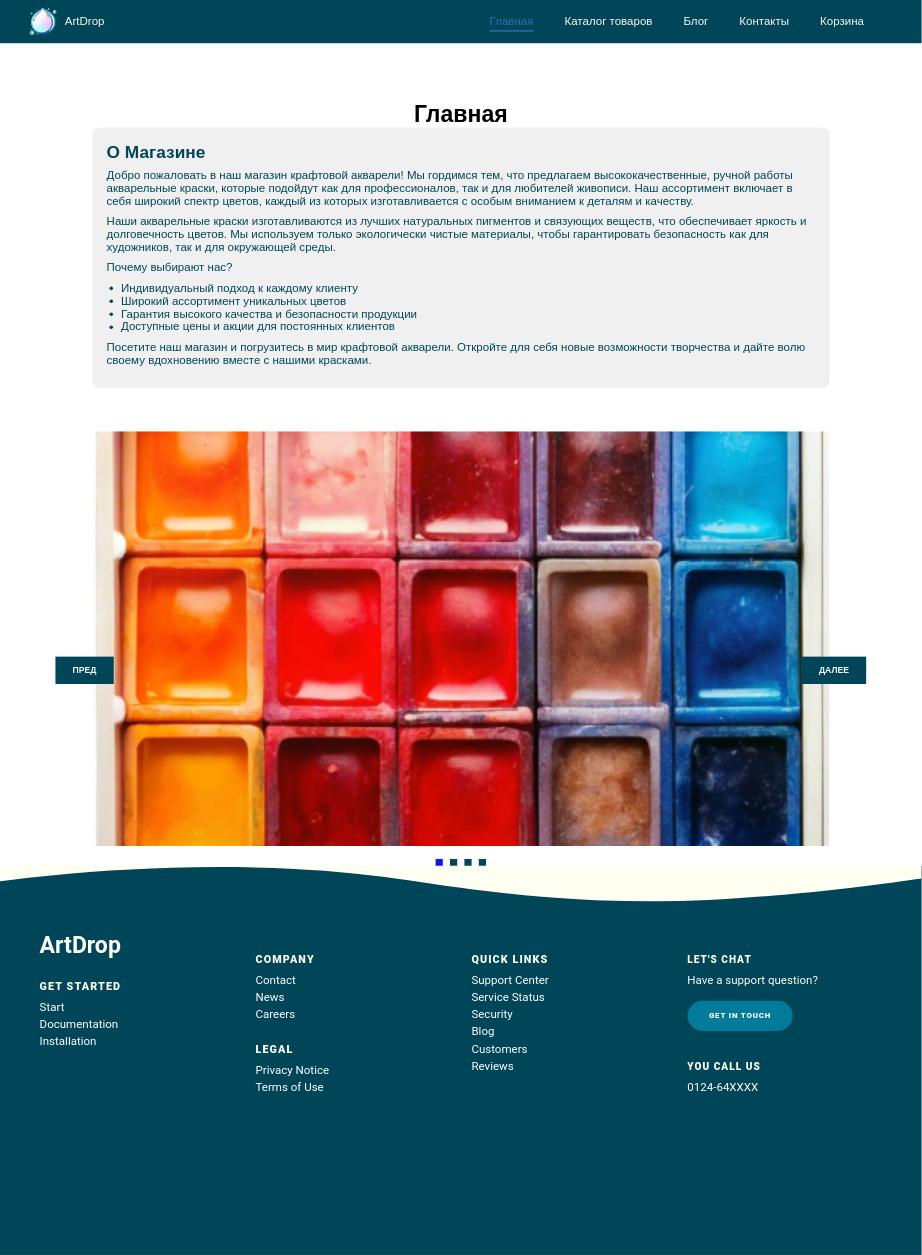
Repository: mnats725/art-drop
Page: index.html
These files come from the project's save history. The page is drawn as it stood at one moment and after a run of saves; the edit follows.
The browser window is 1280 px wide. The pictures show the whole page, at 72% of full size.

Above is the page before, as saved 2024-05-21 00:15:42.

After the next 2 saves:
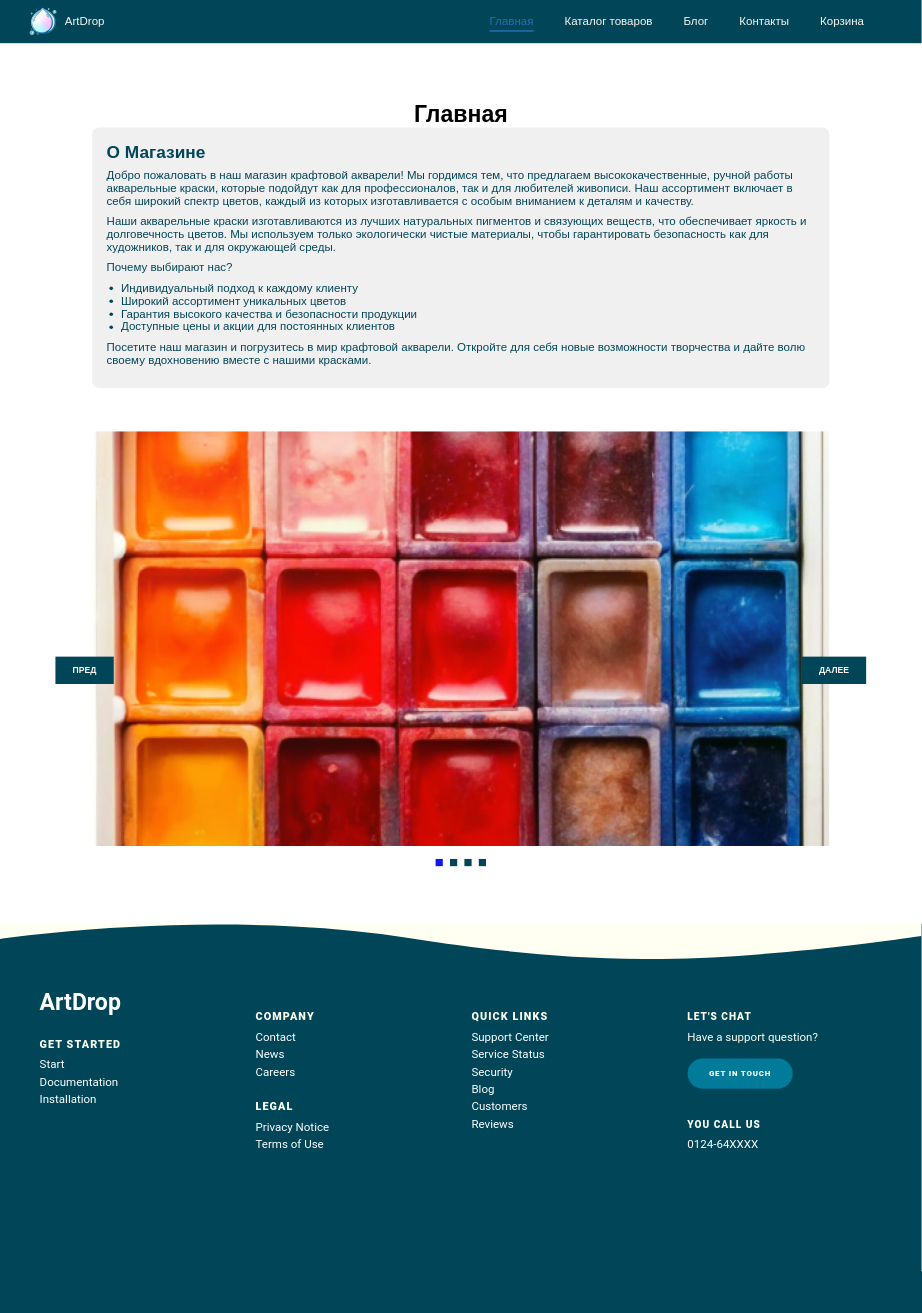
The 2 saves are shown as one change because they came seconds apart.
The last was saved 102 s later.
--- a/css/content.css
+++ b/css/content.css
@@ -1,5 +1,6 @@
 .content {
   padding-top: 80px;
+  padding-bottom: 80px;
 }
 
 .content-title {
